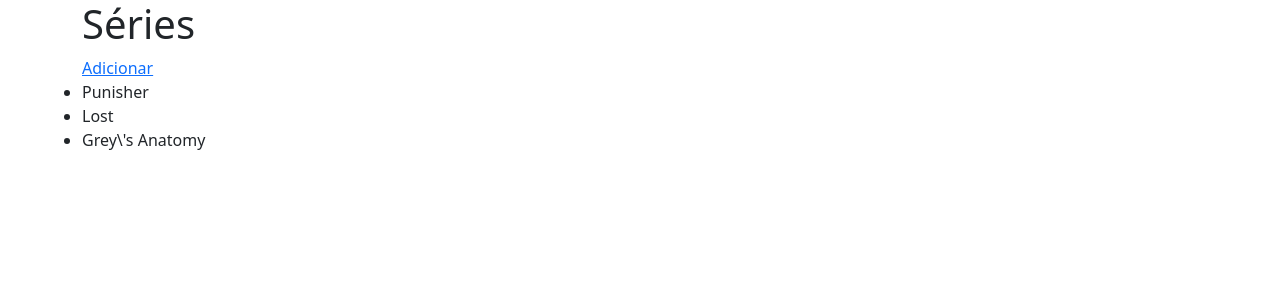
Repository: joaoDelaGracia/laravelTeste
Page: http://localhost/series
These files come from the project's save history. The page is drawn as it stood at one moment and after the next save; the edit follows.
The browser window is 1280 px wide. The pictures show the whole page.
The page is served by the project's Laravel application, run on PHP 8.4 with Laravel 12. Other server files are loaded and not shown. Style sheets and scripts are compiled from the project's sources, by tool versions that may differ from the author's.

Above is the page before, as saved 2025-05-26 13:00:01.

### app/Listeners/EmailUsersAboutSeriesCreated.php
<?php

namespace App\Listeners;

use App\Events\SeriesCreated as EventsSeriesCreated;
use App\Mail\SeriesCreated;
use App\Models\User;
use Illuminate\Contracts\Queue\ShouldQueue;
use Illuminate\Queue\InteractsWithQueue;
use Illuminate\Support\Facades\Mail;

class EmailUsersAboutSeriesCreated
{
    /**
     * Create the event listener.
     */
    public function __construct()
    {
        //
    }

    /**
     * Handle the event.
     */
    public function handle(EventsSeriesCreated $event): void
    {

        $userList = User::all();
        // dd($userList);
        foreach($userList as $index => $user){
            $email = new SeriesCreated(
                    $event->nome,
                    $event->id,
                    $event->seasonsQty,
                    $event->episodesPerSeason
                );
            $when = now()->addSeconds($index * 5);
            Mail::to($user)->later($when,$email);

        }

    }
}

### app/Listeners/LogSeriesCreated.php
<?php

namespace App\Listeners;

use App\Events\SeriesCreated;
use Illuminate\Contracts\Queue\ShouldQueue;
use Illuminate\Queue\InteractsWithQueue;
use Illuminate\Support\Facades\Log;

class LogSeriesCreated implements ShouldQueue
{
    /**
     * Create the event listener.
     */
    public function __construct()
    {
        //
    }

    /**
     * Handle the event.
     */
    public function handle(SeriesCreated $event): void
    {
        Log::info("Série {$event->nome} criada com sucesso");
    }
}

### routes/web.php
<?php

use App\Http\Controllers\SeriesController;
use Illuminate\Support\Facades\Route;

Route::get('/', function () {
    return view('welcome');
});

Route::get('/series', [SeriesController::class, 'index']);
Route::get('/series/criar', [SeriesController::class, 'create']);

### app/Http/Controllers/SeriesController.php
<?php

namespace App\Http\Controllers;

use Illuminate\Http\Request;

class SeriesController extends Controller
{
    public function index(Request $request){

        $series = [
            "Punisher",
            "Lost",
            "Grey\'s Anatomy"
        ];

        return view('series.index', compact('series'));

    }

    public function create(Request $request){
        return view("series.create");
    }

}

### app/Http/Controllers/Controller.php
<?php

namespace App\Http\Controllers;

use Barryvdh\Debugbar\Controllers\BaseController;

abstract class Controller extends BaseController
{
    //
}

### resources/views/series/index.blade.php
<x-layout title="Séries">
    <a href="/series/criar">Adicionar</a>

    <ul class="list-group">
        @foreach ($series as $serie)
        <li>{{ $serie }}</li>
        @endforeach
    </ul>
</x-layout>

### resources/views/components/layout.blade.php
<!DOCTYPE html>
<html lang="en">
<head>
    <meta charset="UTF-8">
    <meta name="viewport" content="width=device-width, initial-scale=1.0">
    <title>{{ $title }} - Controle de Séries</title>
    @vite(['resources/css/app.scss', 'resources/js/app.js'])
</head>
<body>
    <div class="container">
        <h1 class="">{{ $title }} </h1>
        {{ $slot }}
    </div>
</body>
</html>

### resources/css/app.scss
// @tailwind base;
// @tailwind components;
// @tailwind utilities;
@import 'bootstrap/scss/bootstrap';

// Tailwind não reconhece diretivas como @source ou @theme dentro de SCSS.
// Elas devem ir na configuração do Tailwind (`tailwind.config.js`), não no .scss.

// Fontes personalizadas com Tailwind podem ser definidas no tailwind.config.js também,
// mas se quiser adicionar diretamente no SCSS, pode fazer isso assim:
:root {
    --font-sans: 'Instrument Sans', ui-sans-serif, system-ui, sans-serif, 'Apple Color Emoji',
        'Segoe UI Emoji', 'Segoe UI Symbol', 'Noto Color Emoji';
}

After the next save:
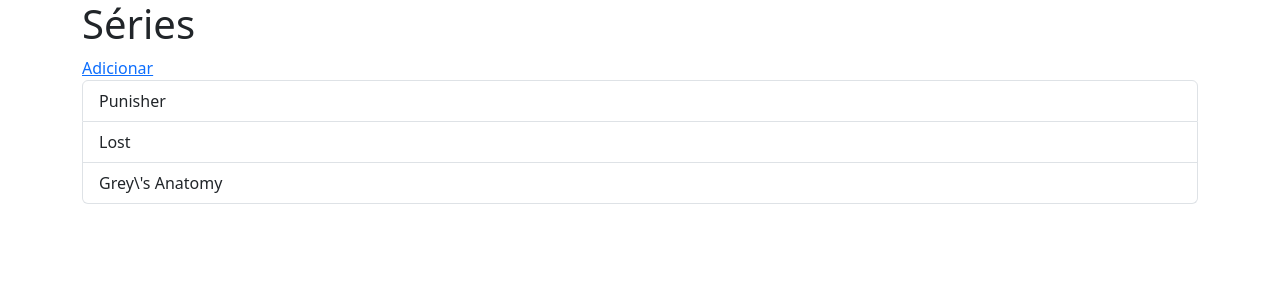
Saved 11 s later.
--- a/resources/views/series/index.blade.php
+++ b/resources/views/series/index.blade.php
@@ -3,7 +3,7 @@
 
     <ul class="list-group">
         @foreach ($series as $serie)
-        <li>{{ $serie }}</li>
+        <li class="list-group-item">{{ $serie }}</li>
         @endforeach
     </ul>
 </x-layout>
